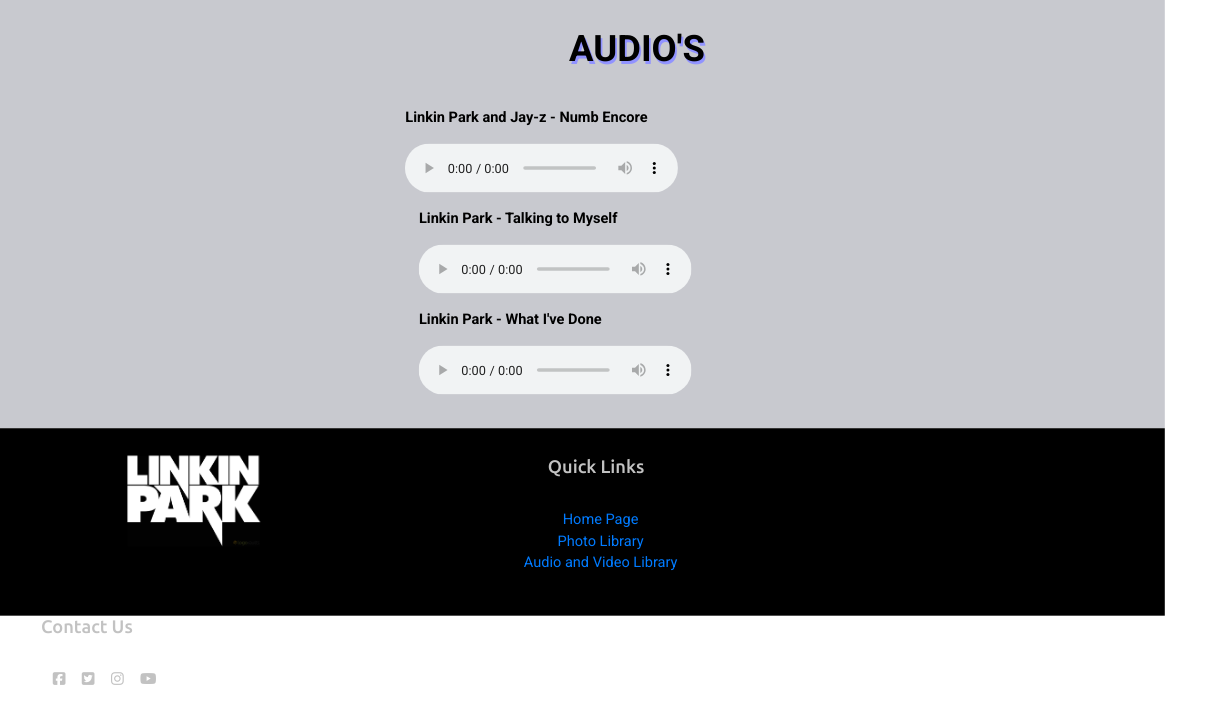
Repository: vaida898/website
Page: audio-video.html
The author's editor kept a record of every edit. The page is drawn from the files as they stood at one moment, then again after the next edit.
The browser window is 1280 px wide. The page is 1340 px wide, so the pictures cover 1340 px, including what lies to the right of the window. The pictures show the part of the page from y = 1471 to 2510 px (the page is 2246 px tall before and 2510 px after), at 91% of full size.
Some web libraries are served in a nearby version.

Above is the page before.
Console error: TypeError: Cannot read properties of undefined (reading 'fn')

### audio-video.html
<!DOCTYPE html>
<html lang="en">

<head>
    <meta charset="UTF-8">
    <meta name="viewport" content="width=device-width, initial-scale=1.0">
    <meta http-equiv="X-UA-Compatible" content="ie=edge">
    <title>LinkinPark website</title>

    <link rel="stylesheet" href="https://stackpath.bootstrapcdn.com/bootstrap/4.3.1/css/bootstrap.min.css" integrity="sha384-ggOyR0iXCbMQv3Xipma34MD+dH/1fQ784/j6cY/iJTQUOhcWr7x9JvoRxT2MZw1T" crossorigin="anonymous">
    <script src="https://kit.fontawesome.com/642fee131a.js" crossorigin="anonymous"></script>
    <script src="https://stackpath.bootstrapcdn.com/bootstrap/4.3.1/js/bootstrap.min.js" integrity="sha384-JjSmVgyd0p3pXB1rRibZUAYoIIy6OrQ6VrjIEaFf/nJGzIxFDsf4x0xIM+B07jRM" crossorigin="anonymous"></script>
    <link rel="stylesheet" href="https://cdnjs.cloudflare.com/ajax/libs/hover.css/2.3.1/css/hover-min.css" type="text/css" />
    <!-- Google font "Ubuntu" -->

    <link href="https://fonts.googleapis.com/css?family=Ubuntu:300,400,500,600,700&display=swap" rel="stylesheet">
    <link href="https://fonts.googleapis.com/css?family=Roboto:400,400i,500,500i,700,700i,900,900i&display=swap" rel="stylesheet">
    <link rel="stylesheet" href="css/style.css" type="text/css" />

</head>

<body>

    <!-- Navigation bar -->

    <header>
        <div class="container-fluid navalert-container">
            <nav class="navbar navbar-light navbar-expand-sm" style="background-color: #3D3FD1">
                <a target="_blank" href="index.html">
                    <i class="brand">LinkinPark</i>
                </a>
                <button class="navbar-toggler ml-auto" type="button" data-toggle="collapse" data-target="#navbarNavDropdown" aria-controls="navbarNavDropdown" aria-expanded="false" aria-label="Toggle navigation">
        <span class="navbar-toggler-icon"></span></button>

                <div id="navbarNavDropdown" class="collapse navbar-collapse">
                    <ul class="navbar-nav mr-auto">
                        <li class="nav-item mr-2 hvr-glow"><a class="nav-link" href="/">Home</a></li>
                        <li class="nav-item mr-2 hvr-glow"><a class="nav-link" href="/Photo library">Photo library</a></li>
                        <li class="nav-item mr-2 hvr-glow"><a class="nav-link" href="/Audio and Video library">Audio and Video library</a></li>
                        <li class="nav-item mr-2 hvr-glow"><a class="nav-link" href="/Contact Us">Contact Us</a></li>
                    </ul>
                </div>
            </nav>
        </div>
    </header>

    <section class="bg-videos">
        <div class="container videos-container">
            <div class="row">
                <div class="col-12 col-md-12 col-sm-12 col-xs-12">
                    <h1 class="text-uppercase text-center videos-header">Videos</h1>
                </div>
                <div class="video-responsive embed-responsive embed-responsive-16by9">
                    <iframe width="560" height="315" src="https://www.youtube.com/embed/eVTXPUF4Oz4" frameborder="0" allow="accelerometer; autoplay; encrypted-media; gyroscope; picture-in-picture" allowfullscreen></iframe>
                </div>
                <div class="video-responsive embed-responsive embed-responsive-16by9">
                    <iframe width="560" height="315" src="https://www.youtube.com/embed/LYU-8IFcDPw" frameborder="0" allow="accelerometer; autoplay; encrypted-media; gyroscope; picture-in-picture" allowfullscreen></iframe>
                </div>
            </div>
        </div>

    </section>


    <section class="bg-audio">
        <div class="d-flex justify-content-center audios-container">
            <div class="row">
                <div class="col-12 col-md-12 col-sm-12 col-xs-12">
                    <h1 class="text-uppercase text-center audios-header">Audio's</h1>
                </div>
                <div class="row">
                    <div class="col-lg-12 col-md-12 col-sm-12 col-xs-12">
                        <div class="audio-controls">
                            <p class="titles">Linkin Park and Jay-z - Numb Encore</p>
                            <audio id="audio" controls>
                                <source src="./audio/NumbEncore.mp3" type="audio/mpeg">
                                <source src="./audio/NumbEncore.ogg" type="audio/ogg">
                                Your browser does not support the audio element.
                            </audio>
                        </div>
                        <div class="col-lg-12 col-md-12 col-sm-12 col-xs-12">
                            <div class="audio-controls">
                            <p class="titles">Linkin Park - Talking to Myself</p>
                                <audio id="audio" controls>
                                <source src="./audio/Talking.mp3" type="audio/mpeg">
                                <source src="./audio/Talking.ogg" type="audio/ogg">
                                Your browser does not support the audio element.
                            </audio>
                            </div>
                        </div>
                        <div class="col-lg-12 col-md-12 col-sm-12 col-xs-12">
                            <p class="titles">Linkin Park - What I've Done</p>
                            <div class="audio-controls">
                                <audio id="audio" controls>
                                <source src="./audio/What.mp3" type="audio/mpeg">
                                <source src="./audio/What.ogg" type="audio/ogg">
                                Your browser does not support the audio element.
                            </audio>
                            </div>
                        </div>
                    </div>
                </div>
    </section>


    <!--Footer-->


    <footer id="footer">
        <div class="main-footer text-center">
            <div class="row">
                <div class="col-md-4">
                    <a class="footer-logo" href="#"><img src="./images/linkinpark.jpg" alt="logo"></img></a>
                </div>
                <div class="col-md-4">
                    <h5 class="quick-links">Quick Links<span></span></h5>
                    <ul class="menu-link">
                        <li>
                            <div class="menu-link-item"><a href="#.">Home Page</a></div>
                        </li>
                        <li>
                            <div class="menu-link-item"><a href="#.">Photo Library</a></div>
                        </li>
                        <li>
                            <div class="menu-link-item"><a href="#.">Audio and Video Library</a></div>
                        </li>
                    </ul>
                </div>
            </div>
        </div>
        <div class="col-md-4">
            <h5 class="contact">Contact Us<span></span></h5>
            <ul class="social-links">
                <li class="list-inline-item">
                    <a target="_blank" href="#">
                                <i class="fab fa-facebook-square" aria-hidden="true">
                                     <span class="sr-only">Facebook</span>
                                </i>
                        </a>
                </li>
                <li class="list-inline-item">
                    <a target="_blank" href="#">
                            <i class="fab fa-twitter-square" aria-hidden="true">
                                <span class="sr-only">Twitter</span>
                            </i>
                        </a>
                </li>
                <li class="list-inline-item">
                    <a target="_blank" href="#">
                            <i class="fab fa-instagram" aria-hidden="true">
                                <span class="sr-only">Instagram</span>
                            </i>
                        </a>
                </li>
                <li class="list-inline-item">
                    <a target="_blank" href="#">
                            <i class="fab fa-youtube" aria-hidden="true">
                                <span class="sr-only">Youtube</span>
                            </i>
                        </a>
                </li>
            </ul>
        </div>
        </div>
        </div>
    </footer>


    <script src="https://code.jquery.com/jquery-3.3.1.slim.min.js" integrity="sha384-q8i/X+965DzO0rT7abK41JStQIAqVgRVzpbzo5smXKp4YfRvH+8abtTE1Pi6jizo" crossorigin="anonymous"></script>
    <script src="https://cdnjs.cloudflare.com/ajax/libs/popper.js/1.14.7/umd/popper.min.js" integrity="sha384-UO2eT0CpHqdSJQ6hJty5KVphtPhzWj9WO1clHTMGa3JDZwrnQq4sF86dIHNDz0W1" crossorigin="anonymous"></script>
    <script src="https://stackpath.bootstrapcdn.com/bootstrap/4.3.1/js/bootstrap.min.js" integrity="sha384-JjSmVgyd0p3pXB1rRibZUAYoIIy6OrQ6VrjIEaFf/nJGzIxFDsf4x0xIM+B07jRM" crossorigin="anonymous"></script>

</body>

</html>

### css/style.css
body {
    font-family: 'Ubuntu', sans-serif;
    font-family: 'Roboto', sans-serif;
}

/* Navbar -----------------------------------*/

.navalert-container {
    position: fixed;
    top: 0;
    left: 0;
    padding-left: 0;
    padding-right: 0;
    z-index: 1;
}

.navbar {
    margin-bottom: 0;
    border: 0;
    width: 100%;
    background-color: rgba(0, 0, 0, 0.25);
    box-shadow: 0 0 25px 0 black;
}

.brand {
    font-weight: bold;
    text-decoration: none;
    color: black;
    font-size: 30px;
    padding-right: 50px;
}

.navbar-inner {
    background: transparent;
}

/* Page header ----------------------*/

.page-header {
    margin-top: 30px;
    margin-bottom: 0;
    border-bottom: 0;
    text-align: center;
}



/* Band's history ----------------------*/

.history-container {
    background: url(../images/background.jpg) no-repeat center center fixed;
    background-size: cover;
    -webkit-background-size: cover;
    -moz-background-size: cover;
    -o-background-size: cover;

    top: 40px;
    display: flex;
    align-items: center;
    justify-content: center;
    text-align: center;
    padding-left: 100px;
    padding-right: 100px;
    padding-bottom: 40px;

    position: relative;
    box-shadow: 0 0 25px 0 black;
}

.opaque-overlay {
    position: absolute;
    width: 100%;
    height: 100%;
    top: 0;
    left: 0;
    background-color: rgba(0, 0, 0, 0.5);
}



/* Block-divider ---------------------------*/

.block-divider {
    width: 500px;
    height: 5px;
    border: 0;
    background-color: #7A7CE7;
}



/* Members container---------------------*/

.members-header {
    margin-top: 0;
    text-decoration: none;
    font-family: 'Roboto', sans-serif;
    font-weight: 600;
    text-shadow: 1px 1px #9193FF;
}

.members-container {
    padding-top: 60px;
    padding-bottom: 60px;
    box-shadow: 0 0 25px 0 black;
    width: 100%;
    border: 0;
}

ul .members-list {
    text-align: left;
    list-style-position: inside;
    vertical-align: middle;
    list-style-type: disc;
}

.members-list {
    font-size: 20px;
    font-family: 'Roboto', sans-serif;
    font-weight: 400;
    font-style: italic;
    text-shadow: 1px 1px #9193FF;
}

.members-list li:before {
    content: "";
    margin-left: 30px;
}


/* Discogrpahy container -------------------*/

.container-wrapper--blue {
    background-color: #3D3FD1;
    color: black;
}

.discs-header {
    text-decoration: none;
    color: white;
    font-family: 'Roboto', sans-serif;
    font-weight: 600;
    text-shadow: 1px 1px #C5C5CC;
}


.discography-container {
    padding-top: 30px;
    padding-bottom: 60px;
    box-shadow: 0 0 25px 0 black;
    width: 100%;
    border: 0;
}

ul .discs-list {
    text-align: right;
    list-style-position: inside;
    vertical-align: middle;
    list-style-type: square;
}

.discs-list {
    font-size: 20px;
    color: white;
    font-family: 'Roboto', sans-serif;
    font-weight: 400;
    font-style: italic;
    text-shadow: 1px 1px #C5C5CC;
}

.discs-list li:before {
    content: "";
    margin-left: 30px;
}


/* Jumbotron -------------------------------*/

.jumbotron-header {
    color: white;
    font-weight: bold;
    margin-top: 30px;
    margin-bottom: 30px;
}

.jumbotron-paragraph {
    color: white;
    font-weight: bold;
    margin-top: 30px;
    margin-bottom: 30px;
}

.jumbotron-text {
    color: #C2C2C2;
    font-size: 20px;
}

/* Footer ------------------------------*/

#footer .main-footer {
    padding: 30px 0;
    background-color: black;
}

.footer-logo {
    width: 32px;
    height: 32px;
    margin-left: 20px;
    padding: 0;
    background-color: black;
}

.quick-links {
    font-family: "Ubuntu", sans-serif;
    font-weight: 500;
    min-height: 50px;
    color: #C2C2C2;
    margin-left: 30px;
}

ul.menu-link li {
    list-style-type: none !important;
}

.contact {
    font-family: "Ubuntu", sans-serif;
    font-weight: 500;
    min-height: 50px;
    color: #C2C2C2;
    margin-left: 30px;
}

.social-links li a i {
    margin: 3px;
    color: #C2C2C2;
    transition: all 0.35s ease-in-out;
    -moz-transition: all 0.35s ease-in-out;
    -webkit-transition: all 0.35s ease-in-out;
    -o-transition: all 0.35s ease-in-out;
}

.social-links li a i:hover {
    color: #3D3FD1;
}

#footer-details {
    padding: 20px;
}


/* Photos file ------------------------------*/

.pics-container {
    padding-top: 80px;
}


.pics-container img {
    width: 800px;
    height: 200px;
    object-fit: fill;
    padding-left: 0;
    padding-top: 0;
    margin-top: 20px;
    margin-bottom: 20px;

}


/* Audio's and videos file ------------------------------*/

.bg-videos,
.bg-audio {
    background-color: #C8C9CF;
    margin: 0;
}

.videos-container {
    margin-top: 30px;
    padding-top: 100px;
}

.videos-header {
    font-family: 'Roboto', sans-serif;
    font-weight: 600;
    text-shadow: 2px 4px #9193FF;
    color: black;
    margin-bottom: 10px;
}

.video-responsive {
    overflow: hidden;
    padding-bottom: 56.25%;
    position: relative;
    height: 0;
}

.video-responsive iframe {
    padding-top: 40px;
    left: 0;
    top: 0;
    height: 100%;
    width: 100%;
    position: absolute;
}


.audios-container {
    margin-left: 60px;
    padding-bottom: 30px;
    padding-left: 0;
    position: relative;
    width: 100%;
}


.audios-header {
    font-family: 'Roboto', sans-serif;
    font-weight: 600;
    text-shadow: 2px 4px #9193FF;
    color: black;
    text-align: center;
    margin-top: 30px;
    margin-bottom: 30px;
}

.audio-controls {
    padding-left: 0;
    padding-right: 0;
}

.titles {
    font-family: "Roboto", sans-serif;
    font-weight: 600;
    color: black;
    margin-top: 10px;
    text-align: left;
}

/* Contact file ------------------------------*/

.contact-container {
    background-color: #C8C9CF;
    padding-top: 100px;
}

.contact-heading {
    font-family: "Roboto", sans-serif;
    font-weight: 600;
    color: black;
    text-shadow: 2px 4px #9193FF;
    margin-bottom: 20px;
}

.form-center {
    margin: 0 auto;
    max-width: 70%;
}

button[type="submit"] {
    margin-top: 15px;
    margin-bottom: 30px;
    color: #C2C2C2;
    background-color: #4749E2;
    border-radius: 12px;

}


/* Media Querie ----------------- morning */

@media(min-width: 992px) {
    .form-center {
        margin-top: 30px;
        min-height: 240px;
        margin: 0 auto;
        max-width: 50%;
    }
}

After the next edit:
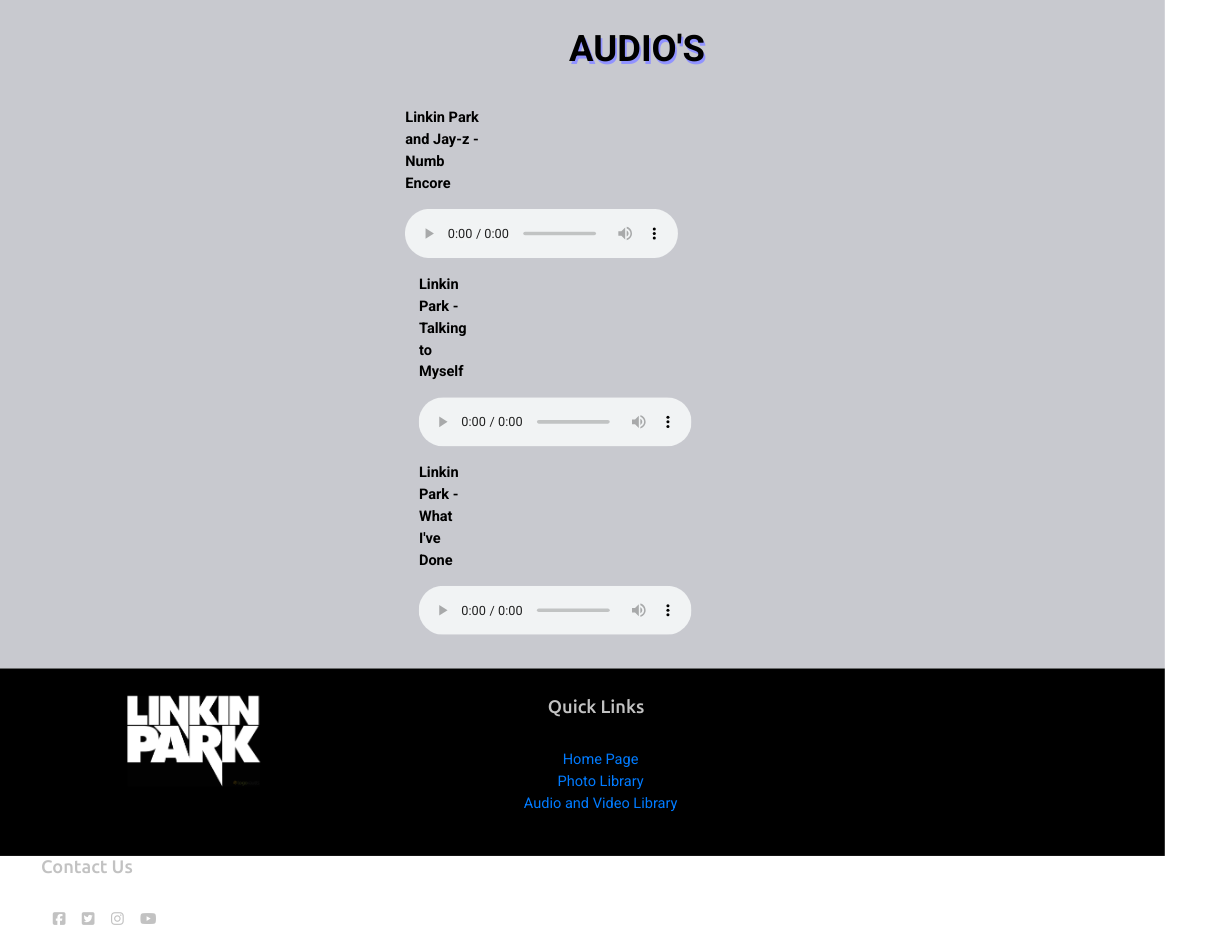
The edit:
--- a/audio-video.html
+++ b/audio-video.html
@@ -69,7 +69,7 @@
                     <h1 class="text-uppercase text-center audios-header">Audio's</h1>
                 </div>
                 <div class="row">
-                    <div class="col-lg-12 col-md-12 col-sm-12 col-xs-12">
+                    <div class="col-lg-4 col-md-4 col-sm-12 col-xs-12">
                         <div class="audio-controls">
                             <p class="titles">Linkin Park and Jay-z - Numb Encore</p>
                             <audio id="audio" controls>
